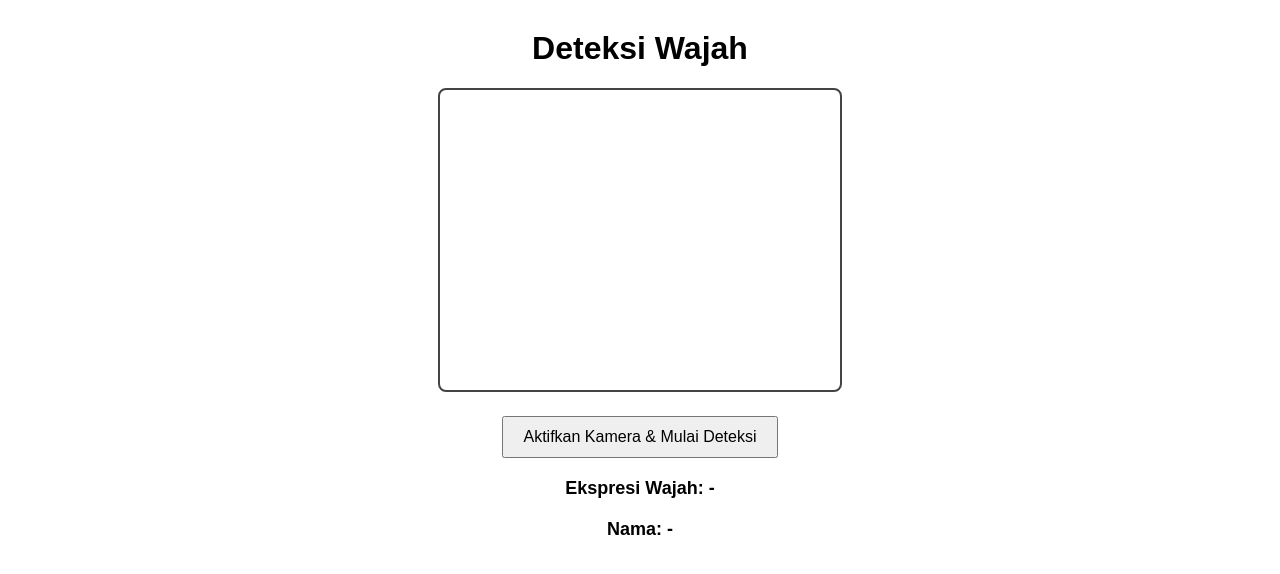
Repository: RalfyBawinto/working-teachable-machine
Page: index.html
An editor plug-in stored every save of this project. The page is shown before and after the next save, followed by the edit.
The browser window is 1280 px wide. The pictures show the whole page.

Above is the page before, as saved 2025-04-21 22:31:37.

After the next save:
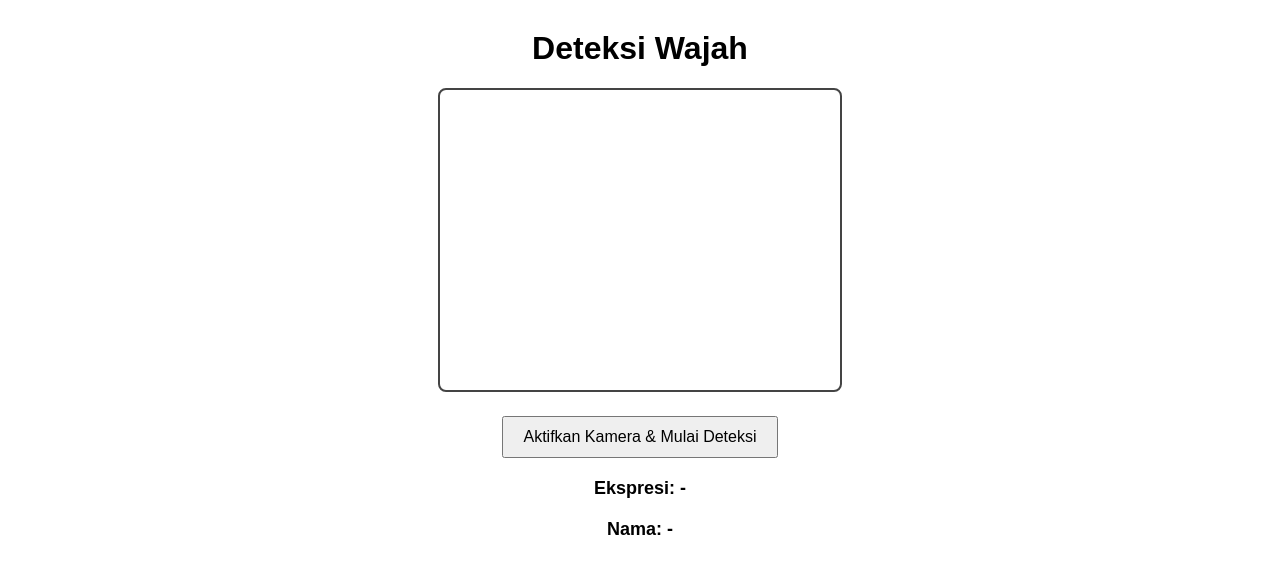
Saved 84 s later.
--- a/index.html
+++ b/index.html
@@ -2,7 +2,7 @@
 <html lang="id">
   <head>
     <meta charset="UTF-8" />
-    <title>Deteksi Wajah & Pose Tubuh</title>
+    <title>Deteksi With Teachable Machine By Google</title>
     <style>
       body {
         font-family: Arial, sans-serif;
@@ -34,7 +34,7 @@
     <br />
     <button onclick="start()">Aktifkan Kamera & Mulai Deteksi</button>
 
-    <div class="output" id="face-output">Ekspresi Wajah: -</div>
+    <div class="output" id="face-output">Ekspresi: -</div>
     <div class="output" id="name-output">Nama: -</div>
 
     <!-- TensorFlow.js wajib -->
